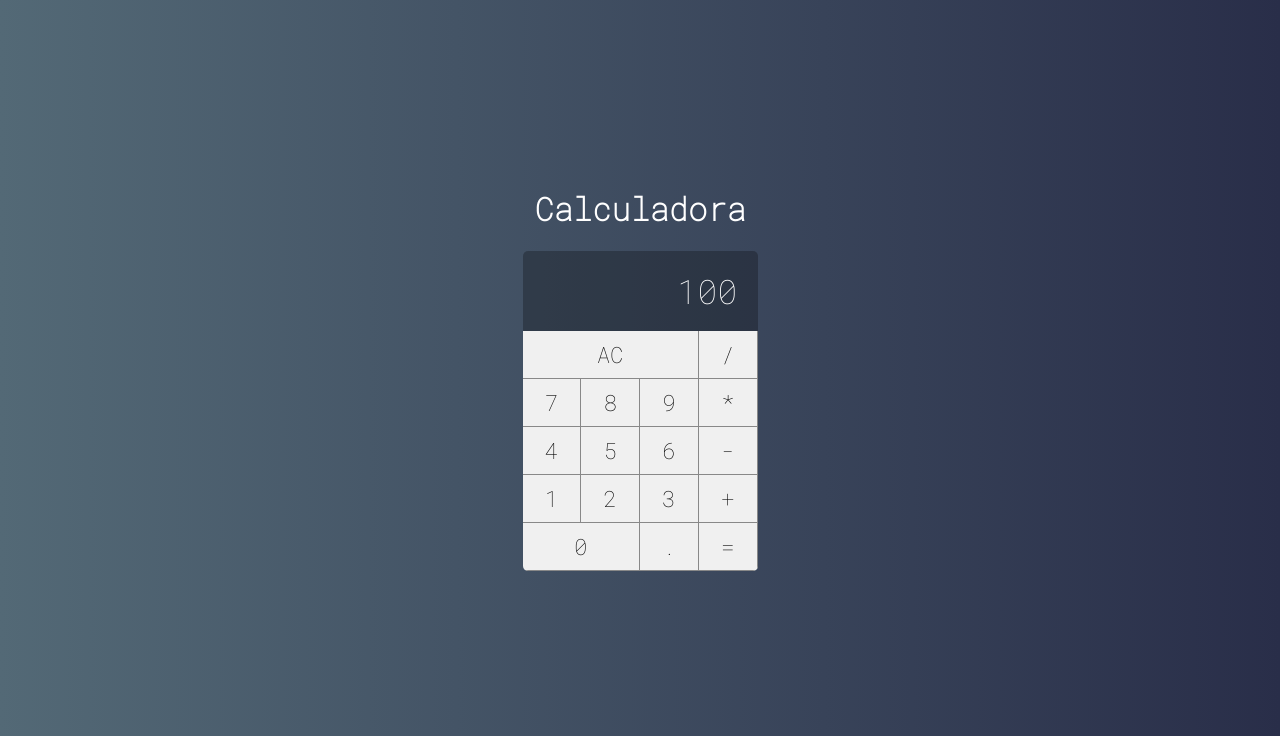
Repository: jean-siqueira/react-calculadora
Page: /
The author's editor kept a copy of each file at every save. The page is drawn from the files as they stood at one save, then again after the next save.
The browser window is 1280 px wide. The pictures show the whole page.
The project was rebuilt for these pictures with package versions that can differ from the ones it lists, and the page was loaded fresh each time.

Above is the page before, as saved 2023-03-25 13:01:12.

After the next save:
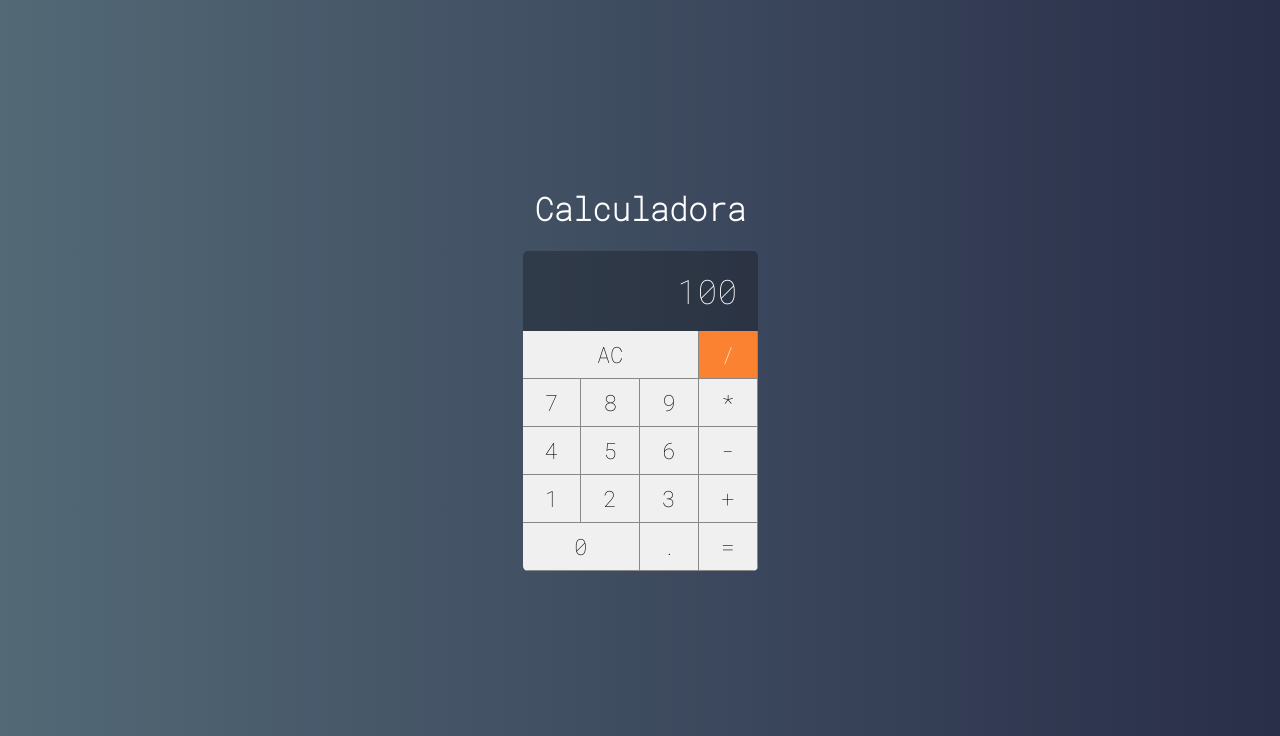
Saved 21 s later.
--- a/src/main/Calculator.jsx
+++ b/src/main/Calculator.jsx
@@ -30,7 +30,7 @@ export default class Calculator extends Component {
       <div className="calculator">
         <Display value={100} />
         <Button label="AC" click={this.clearMemory} triple/>
-        <Button label="/" click={this.setOperation} />
+        <Button label="/" click={this.setOperation} operation/>
         <Button label="7" click={this.addDigit} />
         <Button label="8" click={this.addDigit} />
         <Button label="9" click={this.addDigit} />
